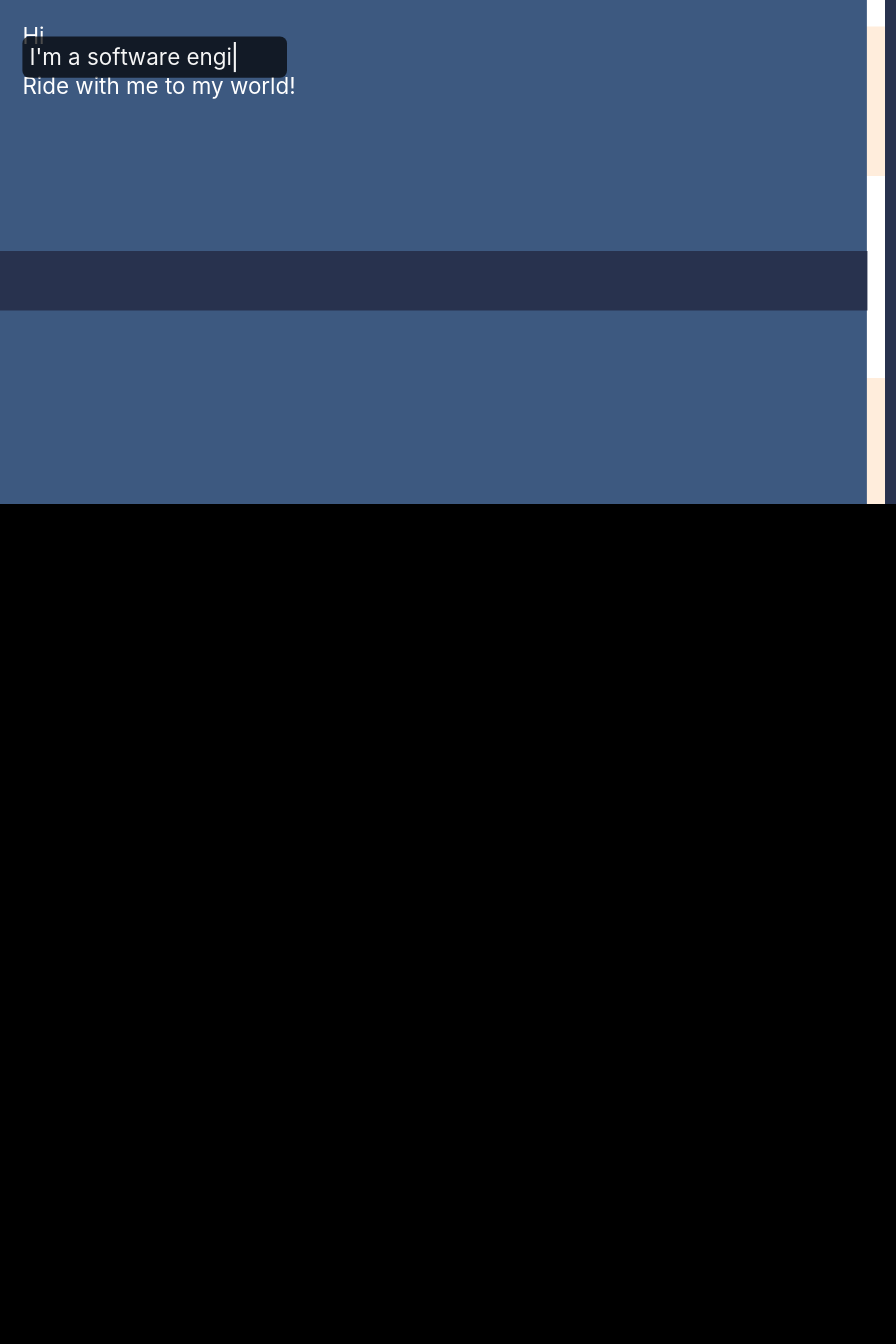
Repository: ModulesSoft/youseffatouraee.com
Page: / (app in majhoolsoft-react/)
The author's editor kept a copy of each file at every save. The page is drawn from the files as they stood at one save, then again after the next save.
The browser window is 1280 px wide. The pictures show the part of the page from y = 0 to 1920 px (the page is 4320 px tall), at 70% of full size.
The project was rebuilt for these pictures with package versions that can differ from the ones it lists, and the page was loaded fresh each time. Also part of the build but not shown: majhoolsoft-react/src/helpers/lib/TypewriterAnimation.js.

Above is the page before, as saved 2022-02-22 21:20:09.

### majhoolsoft-react/src/App.js
import "./App.css";
import { useEffect } from "react";
import useWindowDimensions from "./components/GetWindowDimensions";
import anime from "animejs";
import Car from "./components/Car";
import Background from "./components/Background";
import Darkness from "./components/Darkness";
import LightBeam from "./components/LightBeam";
import Sun from "./components/Sun";
import Clouds from "./components/Clouds";
import GarageDoor from "./components/GarageDoor";
import ScrollDown from "./components/ScrollDown";
import useScroll from "./helpers/GetScroll";
import Garage from "./components/Garage";
import Play from "./Play";

function App() {
  // get window properties
  let scrollY = useScroll().scrollY / 10;
  const { height, width } = useWindowDimensions();
  const mobile = width < height;
  const size = mobile
    ? {
        height: height,
      }
    : {
        width: width,
      };

  // remove scroll instruction whenever scrolled enough ( 140px)
  if (scrollY > 10) {
    removeScroll();
  }

  //play
  useEffect(() => {
    // Play(mobile, width, height).HouseScene();
  }, []);

  function playGarage() {
    Play(mobile, width, height).GarageScene();
  }

  function removeScroll() {
    anime.remove([".scrollIcon", "#darkness", ".scroll"]);
    anime({
      targets: [".scrollIcon", "#darkness", ".scroll"],
      opacity: 0,
    });
  }

  return (
    <div className="App">
      <header className="App-header"></header>
      <div className="container">
        <svg className="page" xmlns="http://www.w3.org/2000/svg" style={size}>
          <Sun />
          <Clouds />
          <Background />
          <Garage />
          <GarageDoor
            scrollY={scrollY}
            doorOpened={(e) => {
              e && playGarage();
            }}
          />
          <Darkness />
          <Car />
          <LightBeam />
          {/* {scroll && <ScrollDown />} */}
          <ScrollDown />
          {/* <svg x="1325" y="920" className="test">
            <rect width="35" height="65"></rect>
          </svg> */}
        </svg>
        <article className="article">
          <p className="hi">Hi</p>
          <p className="welcome">Ride with me to my world!</p>
          <p className="scroll">Scroll Down</p>
          <p id="laptopOne" className="text-animation">
            I'm a software engineer
          </p>
          <p id="laptopTwo" className="text-animation">
            I was born in Quebec
          </p>
          <p id="degreeOne" className="text-animation">
            I studied CS in <a href="aut.ac.ir">AUT</a> with GPA of B
          </p>
          <p id="degreeTwo" className="text-animation">
            <a href="https://www.usnews.com/education/best-global-universities/amirkabir-university-of-technology-aut-506266">
              See the rank here
            </a>
          </p>
        </article>
      </div>
    </div>
  );
}

export default App;

### majhoolsoft-react/src/App.css
.container {
  position: relative;
  width: 100vw;
  height: 600vh;
  background-color: black;
}
.page {
  background-image: linear-gradient(#87ceeb, #2a7936);
  position: fixed;
  bottom: 0;
  left: 0;
}
.background {
  position: absolute;
  z-index: 1;
  /* width: auto;
  height: 100vh; */
}
.car {
  z-index: 2;
  position: absolute;
  top: 90vh;
  /* display: none; */
}
#rear-wheel,
#front-wheel {
  transform-origin: center;
  transform-box: fill-box;
}

.hi {
  color: white;
  margin-left: 2rem;
}
.welcome {
  color: white;
  margin-left: 2rem;
}
.scroll {
  color: white;
  text-align: center;
}
article {
  position: fixed;
  width: 100%;
  height: 100%;
  font-size: 2rem;
}

#laptopOne {
  top: 20px;
}
#laptopTwo {
  bottom: 5px;
  font-size: 1rem;
}
#degreeOne {
  bottom: 10px;
  /* font-size: 2rem; */
}
#degreeTwo {
  bottom: 15px;
  /* font-size: 1rem; */
}

/* typewriter animation properties */
.text-animation {
  display: none;
  background-color: rgba(0, 0, 0, 0.7);
  padding: 10px;
  border-radius: 10px;
  font-size: 2rem;
  left: 2rem;
  /* right: 2rem; */
  position: absolute;
  text-align: left;
  color: #f5f5f5;
}

.text-animation .letter {
  display: inline-block;
  opacity: 0;
}

.cursor {
  margin: 8px -8px; /* debug margin */
  position: absolute;
  top: 0;
  bottom: 0;
  width: 3px;
  background: #f5f5f5;
  z-index: 1;
}

/*  */

### majhoolsoft-react/src/components/Darkness.js
function Darkness() {
  return (
    <svg width="10000" height="10000" x="-1000" y="-100">
      <rect
        id="darkness"
        data-name="Rectangle 148"
        width="10000"
        height="10000"
        fill="rgba(0,0,0,0.9)"
      />
    </svg>
  );
}

export default Darkness;

### majhoolsoft-react/src/components/LightBeam.js
function LightBeam() {
  return (
    <svg y="945" x="-422">
      <g id="beam">
        <defs>
          <radialGradient
            id="radial-gradient"
            cx="0.16"
            cy="1.164"
            r="0.806"
            gradientTransform="matrix(.555 -.832 .38 .254 -.372 1.001)"
            gradientUnits="objectBoundingBox"
          >
            <stop offset="0" stopColor="#fad16b" stopOpacity="0.659"></stop>
            <stop offset="1" stopColor="#7d6936" stopOpacity="0.541"></stop>
          </radialGradient>
        </defs>
        <path
          fill="url(#radial-gradient)"
          d="M4927.969-923.46v135.509L3246.1-811.175l-92.015-5.358-146.116-45.447v-29.449z"
          data-name="Path 772"
          transform="translate(-3007.969 923.46)"
        ></path>
      </g>
    </svg>
  );
}

export default LightBeam;

### majhoolsoft-react/src/components/Sun.js
function Sun() {
  return (
    <svg>
      <g id="sun">
        <path
          fill="#ffdb0d"
          fillRule="evenodd"
          d="M2343.845 450c168.417 0 305.986 132.172 314.845 298.414H2029C2037.779 582.172 2175.348 450 2343.845 450z"
          data-name="Path 586"
          transform="translate(-2029 450)"
        ></path>
      </g>
    </svg>
  );
}

export default Sun;

### majhoolsoft-react/src/components/Clouds.js
function Clouds() {
  return (
    <svg>
      <g id="clouds">
        <path
          fill="#fff"
          d="M1820.409-177.889c-23.372-.5-47.822.625-69.671 4.142-10.414 1.671-20.629 3.809-28.984 6.881-9.262 3.418-13.448 8.186-21.4 12.013a3.515 3.515 0 01-1.916.169 60.364 60.364 0 00-39.638 5.451 3.248 3.248 0 01-2.361.012c-6.513-4.195-17.823-6.307-29.589-4.338-.838.137-2.321-.028-1.865-.507 19.414-20.214-86.513-29.723-94.3-6.629-.108.329-1.118.509-1.865.435-12.25-1.268-24.632.278-29.617 5.3a3.088 3.088 0 01-2.543.116c-29.463-19.175-119.4-8.7-121.143 13.628-.023.389-1.443.544-2.144.393a43.272 43.272 0 00-14.669-.706l-1.289-.106c-5.321-2.261-11.4-2.784-18.832-2.157-.576.15-1.323.123-1.546-.153l-.068-.43c.45-8.989-27.159-14.022-45.079-16.1-26.189-3.038-51.517-1.56-72.385 5.831-.724.254-1.78 0-1.66-.377 2-6.132-19-8.251-30.33-7.018-1.072.118-1.209-.5-.85-.75 33.433-23.626-72.118-45.1-103.372-22.8-.707.5-2.6.317-2.053-.294 4.586-5.232-14.863-8.392-24.57-6.539-.81.153-1.334-.15-1.363-.444-.656-10.5-32.606-11.09-51.66-9.262-12.581 1.2-24.98 3.3-31.9 7.985-5.846 3.945-8.407 8.492-11.133 12.911a2 2 0 01-1.768.412c-10.745-2.418-25.448-1.1-35.195 1.624-10.254 2.869-9.1 6.583-10.677 11.042-2.412 6.877-21.456 1.99-31.425.863-1.494-.169-.553-1.212.787-1.064.445.053 1.009.139 1.625.229 9.656-11.382-28.146-14.767-48.945-13.9-13.117.541-26.965 3.144-35.155 7.451-9.2 4.845-10.876 11.051-11.88 16.974-.057.25-.445.5-1.158.428-7.329-.643-14.321-.3-17.463 2.816l-1.3.146c-17.173-4.382-34.921-8.122-54.552-3.725-1.249.28-2.412-.74-1.146-1.023l.217-.049c11-12.661-24.085-20.1-50.474-19.978-31.7.146-59.228 7.705-67.9 20.3-.22.335-1.446.352-2.047.224-20.227-4.109-39.244 2.837-44.125 10.644-.287.456-1.992.319-2.54.056-5.509-2.675-13.093-3.374-21.209-2.423-.9.1-2.767-.162-1.825-.652 11.607-6.023 2.861-13.029-13.9-15.3-7.434-1-16.064-1.24-23.192.31-9.234 2.011-12.9 5.99-13.913 10.017-.132.491-1.642.491-2.4.273-16.891-4.713-51.479-3.922-54.862 6.1-.145.474-1.613.509-2.4.273-9.475-2.83-22.04-3.138-32.491-1.02-1.352.271-2.927-.472-1.308-.8 1.1-.217 2.239-.4 3.38-.574l.212-.553c18.714-9.663-18.625-18.629-40.032-15.926-15.973 2.015-22.1 9.288-30.479 14.482l-1.339.081c-17.261-6.5-34.351 1.467-40.976 8.057a1.854 1.854 0 01-1.716.095c-4.015-2.12-9.562-2.71-15.885-2.453-.682.025-1.076-.345-1.049-.572.97-7.839-18.849-10.764-35.2-9.524-19.794 1.5-34.327 7.675-31.9 16.141.1.361-.341.766-1.388.676-11.975-1.037-23.087-.407-30.316 3.984l-1.35.079a131.6 131.6 0 00-43.465-4.058c-1.535.1-1.916-.99-.537-1.085l.733-.049c-.223-9.593-28.187-11.393-46.047-8.013-10.825 2.043-20.3 5.053-24.11 9.811-3.068 3.836-3.355 7.9-3.752 11.9-.025.266-.891.484-1.495.458-5.9-.248-9.874.939-12.434 3.031a3.126 3.126 0 01-2.335.213c-6.913-2.524-15.862-5.751-25.62-4.9v283.578h1934v-313.48c-28.79-10.417-67.167-17.5-104.484-18.3"
          transform="translate(10 850)"
        ></path>
      </g>
    </svg>
  );
}

export default Clouds;

### majhoolsoft-react/src/components/GarageDoor.js
import { useState } from "react";
function GarageDoor({ scrollY, doorOpened }) {
  let transform = {
    transform: `translateY(${scrollY < 140 && -1 * scrollY}px)`,
  };

  // check whether the door is finished opening
  // flag to prevent multiple door open notice
  let [enterOnce, setEnterOnce] = useState(true);
  if (scrollY > 135 && enterOnce) {
    doorOpened(true);
    setEnterOnce(false);
  } else {
    doorOpened(false);
  }
  return (
    <svg
      width="384.264"
      height="136.105"
      viewBox="0 0 384.264 136.105"
      x="1003"
      y="900"
    >
      <g id="garage-door" style={transform}>
        <defs>
          <clipPath id="clip-path">
            <path fill="none" d="M0 0H384.264V136.105H0z"></path>
          </clipPath>
        </defs>
        <g clipPath="url(#clip-path)" data-name="Repeat Grid 1">
          <g transform="translate(-1002.43 -900.24)">
            <g transform="translate(1002.43 900.24)">
              <g data-name="Group 139">
                <path
                  fill="#506a8d"
                  d="M0 0H382.598V131.499H0z"
                  data-name="Rectangle 146"
                  transform="translate(.418)"
                ></path>
                <g data-name="Group 130" transform="translate(0 .064)">
                  <path
                    fill="#3d5980"
                    fillRule="evenodd"
                    d="M3340 5279h382.587v131.438h-156.965z"
                    data-name="Path 671"
                    transform="translate(-3339.541 -5279)"
                  ></path>
                  <path
                    fill="#28324e"
                    d="M0 0H384.264V9.998H0z"
                    data-name="Rectangle 147"
                    transform="translate(0 126.042)"
                  ></path>
                </g>
                <path
                  fill="#28324e"
                  fillRule="evenodd"
                  d="M3722.587 5601v3.869H3340V5601zm0 24.062v3.992H3340v-3.992zm0 25.03v3.99H3340v-3.991zm0 24.184v3.87H3340v-3.87z"
                  data-name="Path 767"
                  transform="translate(-3339.501 -5562.011)"
                ></path>
                <path
                  fill="#28324e"
                  fillRule="evenodd"
                  d="M3489 5379h13.6v13.907H3489zm88.445 0h13.6v13.907h-13.6zm-21.642 0h13.6v13.907h-13.6zm-44.454 0h13.6v13.907h-13.6z"
                  data-name="Path 768"
                  transform="translate(-3470.882 -5366.853)"
                ></path>
                <path
                  fill="#28324e"
                  fillRule="evenodd"
                  d="M5528 5379h13.6v13.907H5528zm88.563 0h13.6v13.907h-13.6zm-21.755 0h13.6v13.907h-13.6zm-44.34 0h13.6v13.907h-13.6z"
                  data-name="Path 769"
                  transform="translate(-5263.746 -5366.853)"
                ></path>
              </g>
            </g>
          </g>
        </g>
      </g>
    </svg>
  );
}

export default GarageDoor;

### majhoolsoft-react/src/components/ScrollDown.js
function ScrollDown() {
  return (
    <svg
      x="1142"
      y="900"
      width="100"
      height="100"
      version="1.1"
      viewBox="-265 335.1 79.4 322.9"
      xmlSpace="preserve"
      fill="white"
    >
      <g className="scrollIcon">
        <path d="M-217.9 422.2c4.7-1.3 9-3.8 12.4-7.2 5.1-5.1 8.2-12.1 8.2-19.8v-30.9c0-7.7-3.2-14.7-8.2-19.8-5.1-5.1-12.1-8.2-19.8-8.2-7.7 0-14.7 3.2-19.8 8.2-5.1 5.1-8.2 12.1-8.2 19.8v30.9c0 7.7 3.2 14.7 8.2 19.8 4 4 9.1 6.7 14.8 7.8 3.4.5 9.2.2 12.4-.6zm-7.7-21c2.9 0 5.3-2.4 5.3-5.3v-5.5c0-2.9-2.4-5.3-5.3-5.3s-5.3 2.4-5.3 5.3v5.5c-.1 2.9 2.3 5.3 5.3 5.3zm15.4 9c-3.9 3.9-9.2 6.3-15.1 6.3s-11.2-2.4-15.1-6.3c-3.9-3.9-6.3-9.2-6.3-15.1v-30.9c0-5.9 2.4-11.2 6.3-15.1 3.9-3.9 9.2-6.3 15.1-6.3s11.2 2.4 15.1 6.3c3.9 3.9 6.3 9.2 6.3 15.1v30.9c0 5.9-2.4 11.2-6.3 15.1zM-248.1 425.3c-1.2-1.2-3.2-1.2-4.4.1s-1.2 3.2.1 4.4l25 24.3 2.2-2.3-2.2 2.3c1.3 1.2 3.2 1.2 4.5-.1l.1-.1 24.6-24.1c1.2-1.2 1.3-3.2.1-4.4s-3.2-1.3-4.4-.1l-22.6 22.1-23-22.1z"></path>
      </g>
    </svg>
  );
}

export default ScrollDown;

### majhoolsoft-react/src/helpers/GetScroll.js
import { useState, useEffect, useCallback } from "react";

export const useScroll = () => {
  //   useEffect(() => {
  //     // set scroll to zero when component did mount
  //     window.scrollTo(0, 0);
  //     console.log("umad");
  // }, []);
  const [state, setState] = useState({
    lastScrollTop: 0,
    bodyOffset: document.body.getBoundingClientRect(),
    scrollY: document.body.getBoundingClientRect().top,
    scrollX: document.body.getBoundingClientRect().left,
    scrollDirection: "", // down, up
  });

  const handleScrollEvent = useCallback((e) => {
    setState((prevState) => {
      const prevLastScrollTop = prevState.lastScrollTop;
      const bodyOffset = document.body.getBoundingClientRect();

      return {
        setBodyOffset: bodyOffset,
        scrollY: -bodyOffset.top,
        scrollX: bodyOffset.left,
        scrollDirection: prevLastScrollTop > -bodyOffset.top ? "down" : "up",
        lastScrollTop: -bodyOffset.top,
      };
    });
  }, []);

  useEffect(() => {
    const scrollListener = (e) => {
      handleScrollEvent(e);
    };
    window.addEventListener("scroll", scrollListener);

    return () => {
      window.removeEventListener("scroll", scrollListener);
    };
  }, [handleScrollEvent]);

  return {
    scrollY: state.scrollY,
    scrollX: state.scrollX,
    scrollDirection: state.scrollDirection,
  };
};

export default useScroll;

### majhoolsoft-react/src/Play.js
import CarAnimations from "./helpers/CarAnimations";
import IntroTextAnimations from "./helpers/IntroTextAnimations";
import BackgroundAnimations from "./helpers/BackgroundAnimations";
import CameraAnimations from "./helpers/CameraAnimations";
import TypewriterAnimation from "./helpers/lib/TypewriterAnimation";

function Play(isMobile, width, height, timeline = 0) {
  // setting camera
  const Camera = new CameraAnimations(isMobile, width, height, timeline);
  function HouseScene() {
    CarAnimations(timeline);
    IntroTextAnimations();
    Camera.BackgroundScene();
    BackgroundAnimations(timeline);
  }

  function GarageScene() {
    startSequence();

    function startSequence() {
      laptopOne();
    }

    function laptopOne() {
      Camera.LaptopView();
      TypewriterAnimation("#laptopOne", 2_000, 100, 1000, laptopTwo);
    }
    function laptopTwo() {
      TypewriterAnimation("#laptopTwo", 500, 100, 1000, degreeOne);
    }
    function degreeOne() {
      Camera.CertificateView();
      TypewriterAnimation("#degreeOne", 2_000, 100, 1000, degreeTwo);
    }
    function degreeTwo() {
      TypewriterAnimation("#degreeTwo", 2_000, 100, 1000, OS);
    }
    function OS() {
      console.log("os");
    }
  }
  return { HouseScene, GarageScene };
}
export default Play;

### majhoolsoft-react/src/helpers/CarAnimations.js
import anime from "animejs";
function CarAnimations(timeline = null) {
  anime({
    targets: "#rear-wheel , #front-wheel",
    rotate: "21turn",
    duration: 11000,
    // easing: "cubicBezier(1,0,.45,.45)",
    easing: "easeOutQuad",
  });
  anime({
    targets: "#car, #beam",
    translateX: 1050,
    duration: 6000,
    delay: 5000,
    // easing: "cubicBezier(1,0,.45,.45)",
    easing: "easeOutQuad",
  });
}

export default CarAnimations;

### majhoolsoft-react/src/helpers/IntroTextAnimations.js
import anime from "animejs";
function IntroTextAnimations() {
  anime
    .timeline({ loop: false })
    // Hi text fades in
    .add({
      targets: ".hi",
      opacity: [0, 1],
      easing: "easeInExpo",
    })
    // welcome text fades in
    .add({
      targets: ".welcome",
      opacity: [0, 1],
      easing: "easeInExpo",
    })
    // Hi and welcome text fade out
    .add(
      {
        targets: [".hi", ".welcome"],
        opacity: 0,
        easing: "easeInExpo",
      },
      5000
    )
    .add(
      {
        targets: ".scroll",
        opacity: [0, 0.8],
        easing: "easeInExpo",
      },
      15000
    );
}
export default IntroTextAnimations;

### majhoolsoft-react/src/helpers/BackgroundAnimations.js
import anime from "animejs";
function BackgroundAnimations(timeline = null) {
  anime
    .timeline({ loop: false })
    // sun sets
    .add(
      {
        targets: "#sun",
        duration: 3000,
        translateY: "-650px",
        easing: "easeOutQuad",
      },
      6000 //delay to start
    )
    // clouds come up
    .add({
      targets: "#clouds",
      duration: 1000,
      translateY: "-300px",
    });
  anime.timeline({ loop: false }).add({
    targets: "#darkness",
    keyframes: [
      // fade in to day
      { opacity: 0, duration: 3000, delay: 7000, easing: "linear" },
      // fade in unless scroll
      {
        opacity: 0.7,
        duration: 1000,
        delay: 4000,
        easing: "linear",
      },
    ],
  });

  //thread four (headlights):
  // turn off the head lights
  anime({
    targets: "#beam",
    duration: 500,
    opacity: 0,
    easing: "easeOutQuad",
    delay: 10000,
  });

  //last thread - infinite loop (scroll icon):
  // Scroll icon
  anime({
    targets: ".scrollIcon",
    translateY: -50,
    direction: "alternate",
    loop: true,
    easing: "spring(1, 80, 10, 0)",
    opacity: 0.3,
  });
}
export default BackgroundAnimations;

### majhoolsoft-react/src/helpers/CameraAnimations.js
import anime from "animejs";

class CameraAnimations {
  constructor(isMobile, width, height, timeline = null) {
    this.isMobile = isMobile;
    this.width = width;
    this.height = height;
    this.timeline = timeline;
    this.doorViewMobile = `1000 ${1080 - this.height} ${this.width} ${
      this.height
    }`;

    this.laptopView = "1328 920 60 60";
    // const certificateView = isMobile ? "1288 900 60 45" : "1288 900 60 25";
    this.generalView = "0 0 1920 1080";
    this.doorViewDesktop = "1000 800 400 240";
    this.beginView = "-1000 650 900 500";
  }

  BackgroundScene() {
    // camera transition
    anime.timeline({ loop: false }).add({
      targets: ".page",
      duration: 4000,
      keyframes: [
        // camera transition from the car in the way home to the background
        {
          viewBox: [this.beginView, this.generalView],
          duration: (this.timeline += 3000),
          delay: (this.timeline += 1000),
        },
        // camera transition to GarageCamera door
        {
          viewBox: [
            this.generalView,
            this.isMobile ? this.doorViewMobile : this.doorViewDesktop,
          ],
          delay: 5000,
        },
      ],
      easing: "easeOutQuad",
    });
  }

  // GarageScene() {
  //   const library = {
  //     certificate: {
  //       view: this.isMobile ? "1288 900 60 45" : "1288 900 60 25",
  //       textPosition: this.isMobile ? "bottom" : "right",
  //     },
  //   };
  // }

  LaptopView(finishedCallback) {
    anime
      .timeline({ loop: false })
      .add({
        targets: ".page",
        duration: 4000,
        keyframes: [
          // camera transition from the GarageCamera door to the laptop
          {
            viewBox: [
              this.isMobile ? this.doorViewMobile : this.doorViewDesktop,
              this.laptopView,
            ],
            // viewBox: mobile ? doorViewMobile : doorViewDesktop,
          },
          // camera transition to GarageCamera door
          {},
        ],
        easing: "easeOutQuad",
      })
      .finished.then(finishedCallback);
  }

  CertificateView(finishedCallback) {
    const library = {
      certificate: {
        view: this.isMobile ? "1288 900 60 45" : "1288 900 60 25",
        textPosition: this.isMobile ? "bottom" : "right",
      },
    };
    // Certificate View
    anime(
      {
        targets: ".page",
        duration: 4000,
        keyframes: [
          // camera transition from the laptop to GarageCamera door
          {
            viewBox: [this.laptopView, library.certificate.view],
          },
          // camera transition to GarageCamera door
          {},
        ],
        easing: "easeOutQuad",
      },
      15000
    ).finished.then(finishedCallback);
  }
}
export default CameraAnimations;

Loaded but not shown: majhoolsoft-react/public/index.html (common file); majhoolsoft-react/src/index.js (common file); majhoolsoft-react/src/index.css (common file); majhoolsoft-react/src/reportWebVitals.js (common file); majhoolsoft-react/src/components/GetWindowDimensions.js (common file); majhoolsoft-react/src/components/Background.js (library); majhoolsoft-react/src/components/Garage.js (library); majhoolsoft-react/src/components/Car.js (909 lines, source omitted)

After the next save:
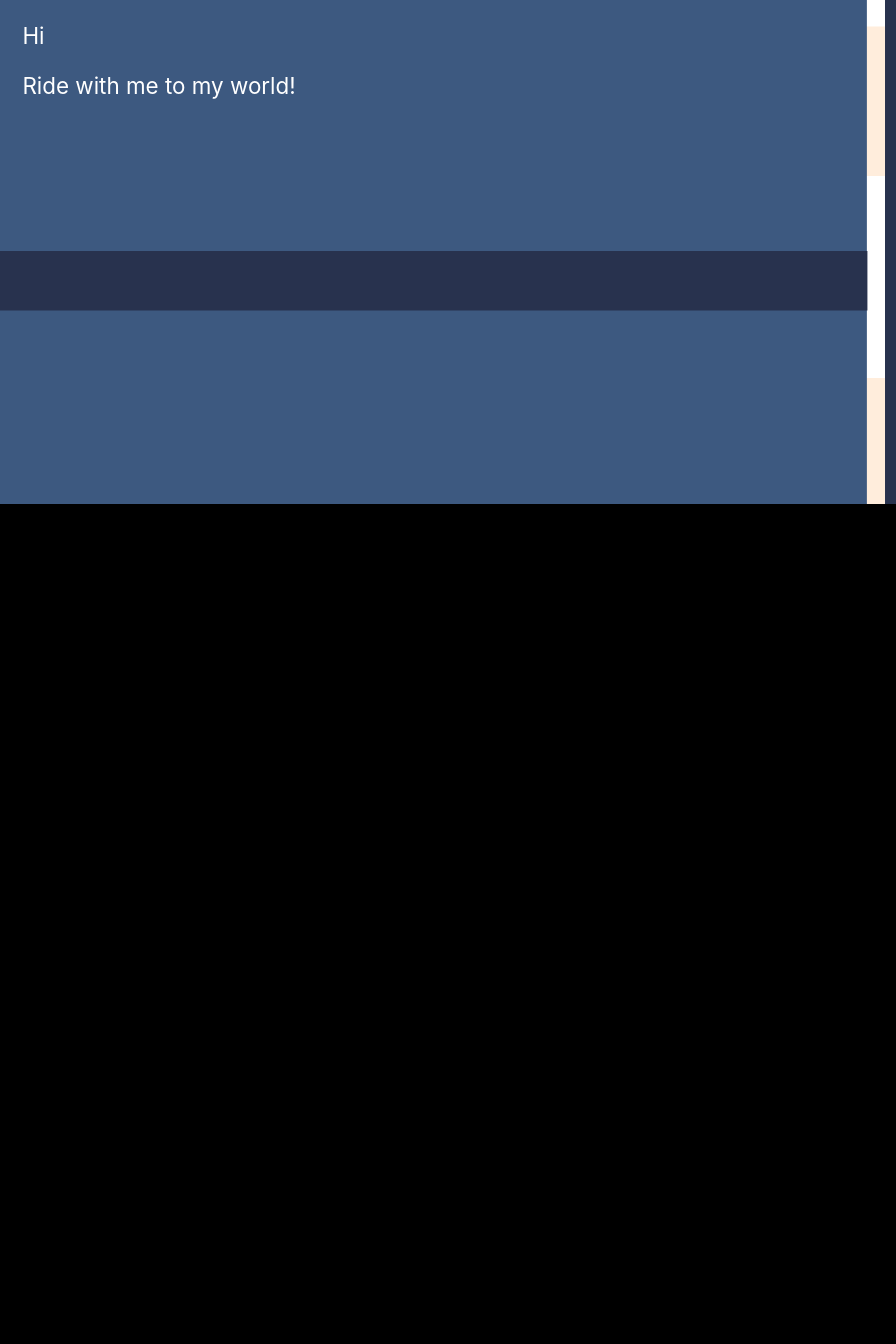
Saved 58 s later.
--- a/majhoolsoft-react/src/Play.js
+++ b/majhoolsoft-react/src/Play.js
@@ -18,11 +18,10 @@ function Play(isMobile, width, height, timeline = 0) {
     startSequence();
 
     function startSequence() {
-      laptopOne();
+      Camera.LaptopView(laptopOne);
     }
 
     function laptopOne() {
-      Camera.LaptopView();
       TypewriterAnimation("#laptopOne", 2_000, 100, 1000, laptopTwo);
     }
     function laptopTwo() {
